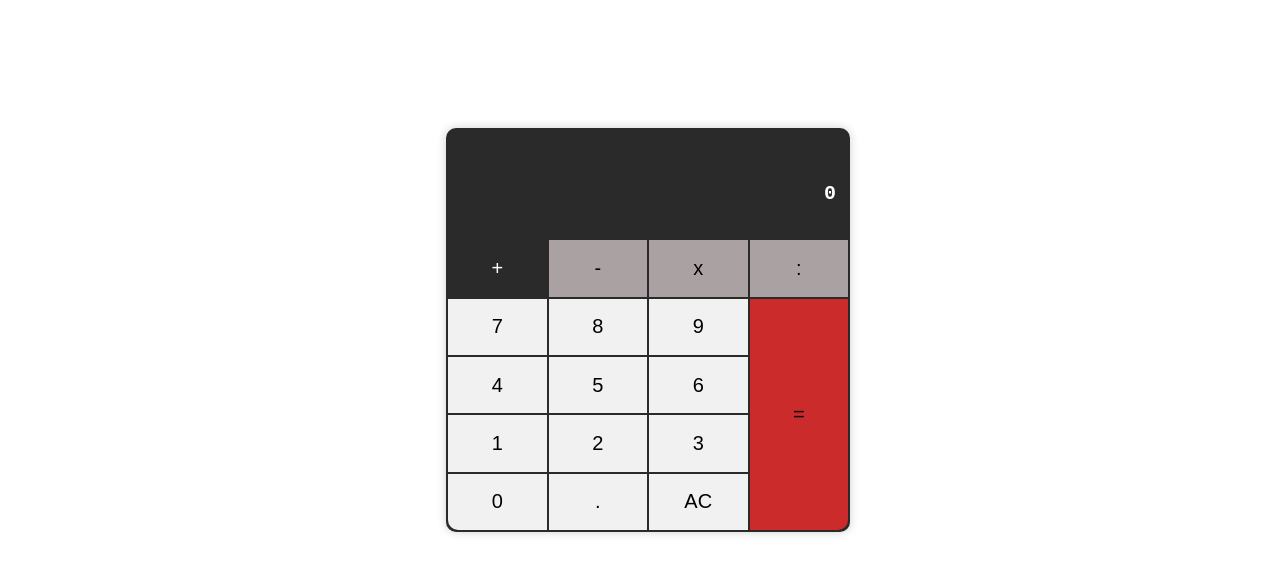
Repository: CryptoFamilyNFT/develhope
Page: css/Grid 2/calculator.html
An editor plug-in stored every save of this project. The page is shown before and after the next save, followed by the edit.
The browser window is 1280 px wide. The page is 1288 px wide, so the pictures cover 1288 px, including what lies to the right of the window. The pictures show the whole page.
The first visible `button` is being pressed.

Above is the page before, as saved 2024-11-18 09:48:41.

### css/Grid 2/calculator.html
<!DOCTYPE html>
<html lang="en">

<head>
    <meta charset="UTF-8">
    <meta name="viewport" content="width=device-width, initial-scale=1.0">
    <title>Document</title>
    <link rel="stylesheet" href="calculator.css">
</head>

<body>
    <div class="container box-shadow border-br-10 border-bl-10">
        <div class="result span-4">
            0
        </div>
        <button id="operator" class="button span-1 operator">+</button>
        <button id="operator" class="button span-1 operator">-</button>
        <button id="operator" class="button span-1 operator">x</button>
        <button id="operator" class="button span-1 operator">:</button>
        <button class="button span-1">7</button>
        <button class="button span-1">8</button>
        <button class="button span-1">9</button>
        <button id="equal" class="button span-1 row-4 border-br-10">=</button>
        <button class="button span-1">4</button>
        <button class="button span-1">5</button>
        <button class="button span-1">6</button>
        <button class="button span-1">1</button>
        <button class="button span-1">2</button>
        <button class="button span-1">3</button>
        <button class="button span-1 border-bl-10">0</button>
        <button class="button span-1">.</button>
        <button class="button span-1">AC</button>
    </div>
</body>

</html>

### css/Grid 2/calculator.css
body {
    width: 100%;
    height: 100%;
    margin-top: 10%;
    display: flex;
    justify-content: center;
    align-items: center;
}

.container {
    height: 400px;
    width: 400px;
    display: grid;
    grid-template-columns: repeat(4, 1fr);
    border: 2px solid transparent;
    border-top-left-radius: 10px;
    border-top-right-radius: 10px;
    border-bottom-left-radius: 2px;
    border-bottom-right-radius: 2px;
    background-color: #2b2a2a;
    gap: 2px;
}

.result {
    display: flex;
    border: none;
    background-color: #2b2a2a;
    font-size: 20px;
    cursor: pointer;
    justify-content: flex-end;
    padding-right: 10px;
    padding-top: 50px;
    color: white;
    font-family: 'Courier New', Courier, monospace;
    font-weight: bold;
    border: 2px solid transparent;
    border-radius: 10px;
}

.span-1 {
    grid-column: span 1;
}


.span-2 {
    grid-column: span 2;
}

.span-3 {
    grid-column: span 3;
}

.span-4 {
    grid-column: span 4;
}

.row-4 {
    grid-row: span 4;
}

.border-bl-5 {
    border-bottom-left-radius: 5px;
}

.border-br-5 {
    border-bottom-right-radius: 5px;
}

.border-bl-10 {
    border-bottom-left-radius: 10px;
}

.border-br-10 {
    border-bottom-right-radius: 10px;
}

.box-shadow {
    box-shadow: 0 0 10px 0 rgba(24, 23, 23, 0.2);
}

.operator {
    background-color: #aaa2a2;
}

button {
    border: none;
    background-color: #f1f1f1;
    font-size: 20px;
    cursor: pointer;
}

button:hover {
    animation: text-scale 1 ease;
}

button[id="equal"] {
    background-color: #cc2b2b;
}

button:not([id="equal"]):hover {
    background-color: #d5d1d1;
}

button[id="equal"]:hover {
    background-color: #d93030;
}

button[id="operator"]:hover {
    background-color: #2b2a2a;
    color: white;
}

button:active {
    background-color: #042c10;
    color: white;
}

button:focus {
    outline: none;
}

@keyframes text-scale {
    0% {
        transform: scale(1);
    }

    50% {
        transform: scale(1.1);
    }

    100% {
        transform: scale(1);
    }
}

After the next save:
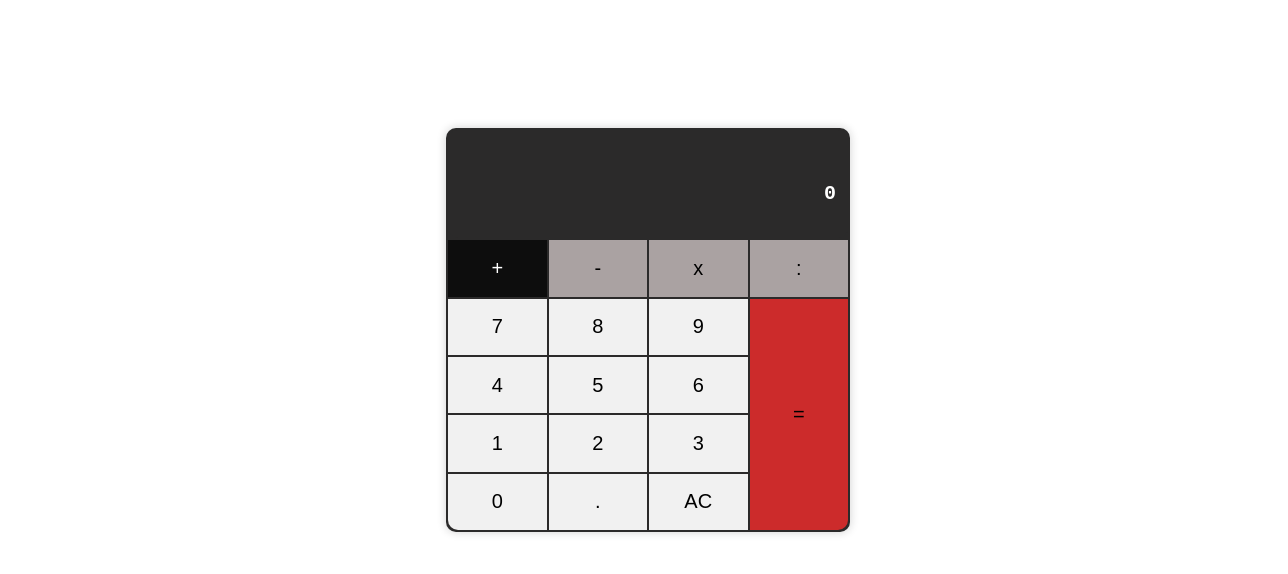
Saved 58 s later.
--- a/css/Grid 2/calculator.css
+++ b/css/Grid 2/calculator.css
@@ -110,8 +110,8 @@ button[id="operator"]:hover {
     color: white;
 }
 
-button:active {
-    background-color: #042c10;
+button:active:not([id="equal"]) {
+    background-color: #0d0d0d;
     color: white;
 }
 
